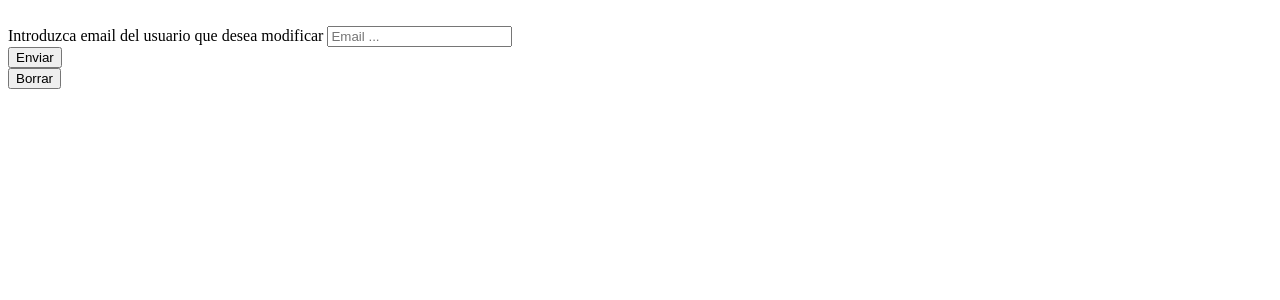
Repository: nachmz42/ProyectoJoker
Page: http://localhost/Joker/eliminarusuario.jsp
The author's editor kept a copy of each file at every save. The page is drawn from the files as they stood at one save, then again after the next save.
The browser window is 1280 px wide. The pictures show the whole page.
The page is served by Tomcat 9.

Above is the page before, as saved 2021-07-01 15:21:06.

After the next save:
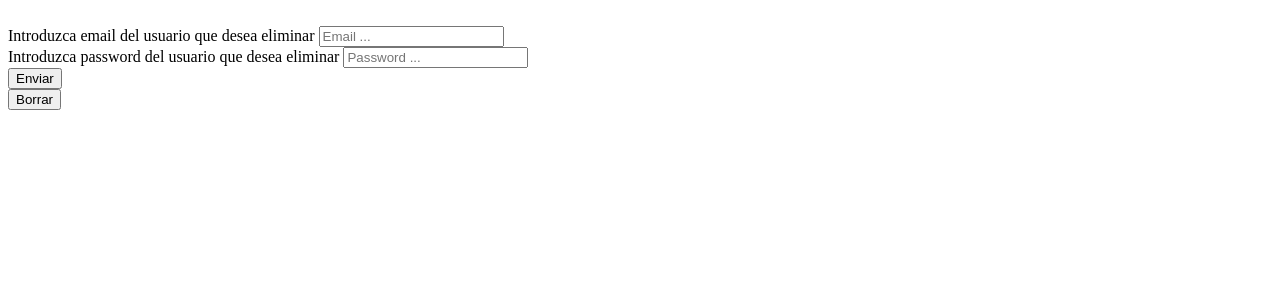
Saved 2 min 33 s later.
--- a/Joker/src/main/webapp/eliminarusuario.jsp
+++ b/Joker/src/main/webapp/eliminarusuario.jsp
@@ -8,17 +8,24 @@
 </head>
 <body>
 
+
 <div>
+  <form action="/Joker/ServletModificarusuario" method="post"><br>
 
-  	<form action="/Joker/ServletEliminarusuario" method="post"><br>
+  	<label for="email">Introduzca email del usuario que desea eliminar</label>
+    <input type="email" id="email" name="email" placeholder="Email ..." required><br>
 
-  	<label for="email">Introduzca email del usuario que desea modificar</label>
-    <input type="email" id="email" name="email" placeholder="Email ..." required><br>
+    <label for="password">Introduzca password del usuario que desea eliminar</label>
+    <input type="text" id="pass" name="pass" placeholder="Password ..." required><br>
 
     <input type="submit" value="Enviar"><br>
     <input type="reset" value="Borrar"><br>
-  </div>
-  </fomr>
+  </form>
+</div>
+
+
+
+
 
 </body>
 </html>
